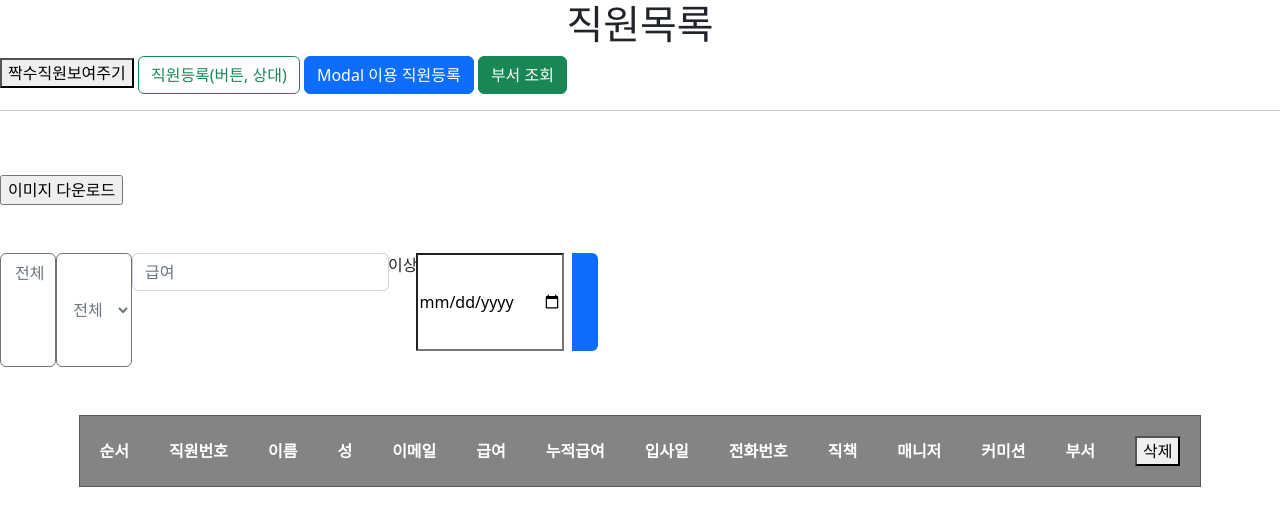
Repository: leessol/spring1
Page: http://localhost/springMVCProject/WEB-INF/views/emp/empSelect.jsp
An editor plug-in stored every save of this project. The page is shown before and after the next save, followed by the edit.
The browser window is 1280 px wide. The pictures show the whole page.
The page is served by Tomcat 9. Nobody is signed in. The template is opened directly, without the code that normally fills it, so the values that code supplies are empty.

Above is the page before, as saved 2023-05-09 07:43:26.

After the next save:
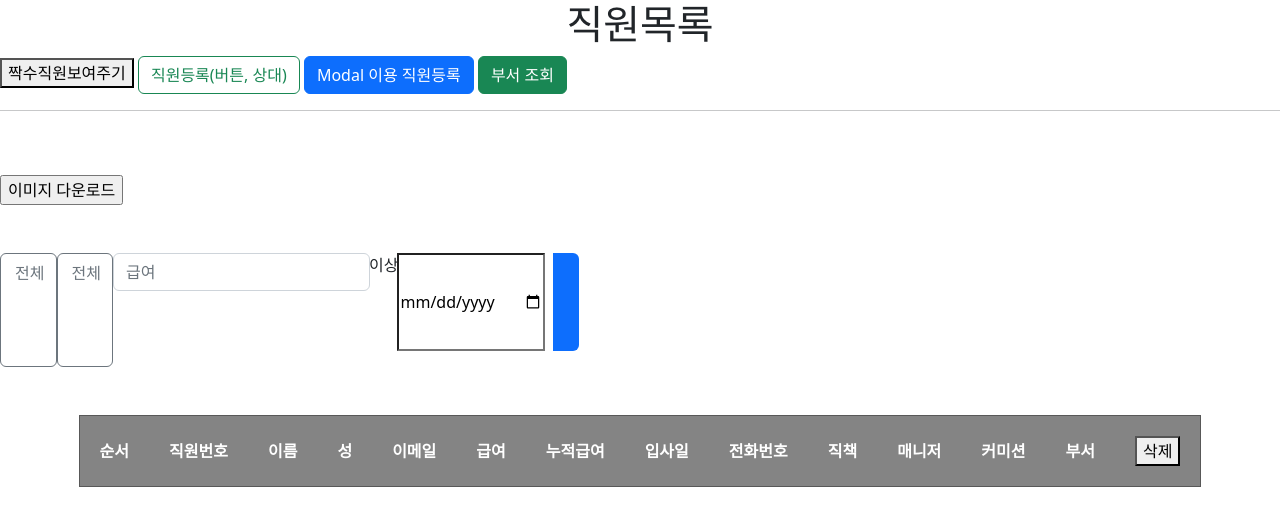
Saved 7 s later.
--- a/springMVCProject/src/main/webapp/WEB-INF/views/emp/empSelect.jsp
+++ b/springMVCProject/src/main/webapp/WEB-INF/views/emp/empSelect.jsp
@@ -136,7 +136,7 @@ tr th {
 							<option value="${dept.department_id}">${status.count}.
 								${dept.department_name}</option>
 						</c:forEach>
-					</select> <select id="jobid"
+					</select> <select id="jobid" multiple="multiple"
 						class="btn btn-outline-secondary">
 						<option value="">전체</option>
 						<c:forEach items="${jobList}" var="job">
